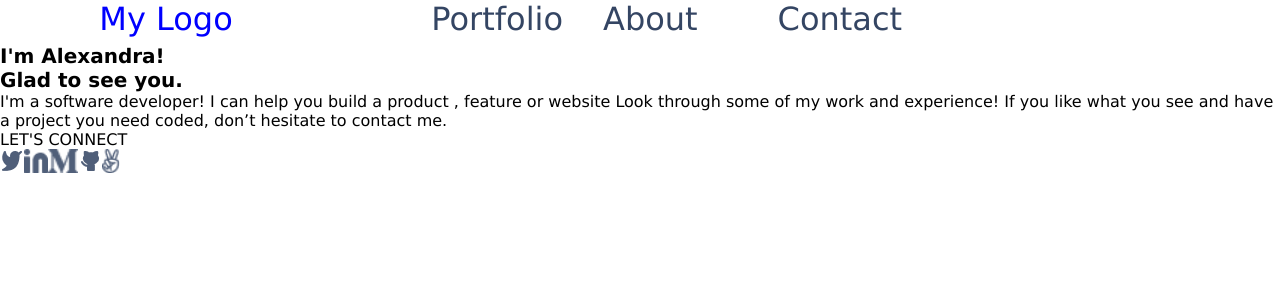
Repository: usman3123/portfolio-template-3
Page: portfolio.html
An editor plug-in stored every save of this project. The page is shown before and after the next save, followed by the edit.
The browser window is 1280 px wide. The pictures show the whole page.
Some web libraries are served in a nearby version.

Above is the page before, as saved 2025-01-22 09:16:28.

### portfolio.html
<!DOCTYPE html>
<html lang="en">
<head>
  <meta charset="UTF-8">
  <meta name="viewport" content="width=device-width, initial-scale=1.0">
  <title>project 2</title>
  <link rel="stylesheet" href="style.css">
  <link href='https://unpkg.com/boxicons@2.1.4/css/boxicons.min.css' rel='stylesheet'>
  <link rel="stylesheet" href="https://cdnjs.cloudflare.com/ajax/libs/font-awesome/6.6.0/css/all.min.css" integrity="sha512-Kc323vGBEqzTmouAECnVceyQqyqdsSiqLQISBL29aUW4U/M7pSPA/gEUZQqv1cwx4OnYxTxve5UMg5GT6L4JJg==" crossorigin="anonymous" referrerpolicy="no-referrer" />
  <link rel="stylesheet" href="https://cdnjs.cloudflare.com/ajax/libs/font-awesome/6.6.0/css/all.min.css" integrity="sha512-Kc323vGBEqzTmouAECnVceyQqyqdsSiqLQISBL29aUW4U/M7pSPA/gEUZQqv1cwx4OnYxTxve5UMg5GT6L4JJg==" crossorigin="anonymous" referrerpolicy="no-referrer" />

  <link rel="stylesheet" href="https://cdnjs.cloudflare.com/ajax/libs/font-awesome/6.7.2/css/all.min.css">
  <link rel="preconnect" href="https://fonts.googleapis.com">
<link rel="preconnect" href="https://fonts.gstatic.com" crossorigin>
<link href="https://fonts.googleapis.com/css2?family=Poppins:ital,wght@0,100;0,200;0,300;0,400;0,500;0,600;0,700;0,800;0,900;1,100;1,200;1,300;1,400;1,500;1,600;1,700;1,800;1,900&display=swap" rel="stylesheet">
</head>

<body>

  <!-- Navbar -->

  <nav class="navbar flex">
    <p class="mainlogoo">My Logo</p>
    <div class="nav-links flex">
      <a href="#myportfolio" style="text-decoration: none;" class="link">Portfolio</a>
      <a href="#myabout" style="text-decoration: none;" class="link">About<a>
      <a href="#mycontact" style="text-decoration: none;" class="link">Contact<a>
    </div>
    <img src="/assets/Enabled.png" id="menu-icon">
  </nav>

  <!-- Main Content -->

   <main>



  <section id="myportfolio" class="hero-section flex">
    <div class="hero-content flex">
       <h1 class="hero-head"> I'm Alexandra! <br>
           Glad to see you.
       </h1>
       <p>
          I'm a software developer! I can help you build a product , feature or website Look through  some of my work and experience! If you like what you see and have a project you need coded, don’t hesitate to contact me.
       </p>

     <p class="let-connect"> LET'S CONNECT</p>

      <div class="icons flex">
          <img src="/assets/twitter.png" class="twitter">
          <img src="assets/Linkedin.png" class="inimage">
          <img src="assets/M.png" class="mimage">
          <img src="assets/Github.png" class="tomimage">
          <img src="assets/V.png" class="protocol">
      </div>
    </div>
  </section>

  <!-- Cards Section -->

  <!-- <section class="cards flex">
  </section>

  <div class="page">
    </div>
     -->


   <!-- ABOUT MYSELF -->

  <!-- <section id="myabout" class="about flex">

    <div class="about-intro flex">
      <h1 style="font-size: 40px;">About Myself</h1>
      <p class="about-paragraph">Hello I'm a software developer! I can help you build a product , feature or website Look through some of my work and experience! If you like what you see and have a project you need coded, don't hesitate to contact me.</p>
        <p class="let-connect">Let's Connect</p>
        <div class="icons flex icon-gap">
          <img src="assets/twitter.png" class="twitter">
          <img src="assets/Linkedin.png" class="inimage">
          <img src="assets/M.png" class="mimage">
          <img src="assets/Github.png" class="tomimage">
          <img src="assets/V.png" class="protocol">
      </div>
      <button class="button rsm-btn"> Get my resume</button>
    </div>

    <div class="about-skills flex">
      <div class="about-all flex">
        <p>Languages</p>
        <i class='bx bx-chevron-down'></i>
      </div>
      <div class="about-lang flex">
        <div class="about-lang-img flex">
          <i class="fa-brands fa-js" style="color: #ff0000;"></i>
          <p>JavaScript</p>
        </div>
        <div class="about-lang-img flex">
          <i class="fa-brands fa-html5" style="color: #FFD43B;"></i>
          <p>Html</p>

        </div>
        <div class="about-lang-img flex">
          <i class="fa-brands fa-css3-alt" style="color: #74C0FC;"></i>
          <p>css</p>
        </div>
      </div>
      <div class="about-all flex">
        <p> Frameworks</p>
        <i class='bx bx-chevron-right'></i>
      </div>
      <div class="about-all flex">
        <p>Skills</p>
        <i class='bx bx-chevron-right'></i>
        </div>
        </div>
        <div class="contact-section flex">
            <h4 class="contact-paragraph">I'm always interested in hearing about new projects, so if you'd like to chat please get in touch.</h4>
            <form action="submit-form" class="contact-form flex">
                <div class="names flex">
                    <input type="text" placeholder="Full name" class="first-name">
                    <input type="text" placeholder="last name" class="last-name">
      </div>
        <div class="contact-section flex">
            <h4 class="contact-paragraph">I'm always interested in hearing about new projects, so if you'd like to chat please get in touch.</h4>
            <form action="submit-form" class="contact-form flex">
                <div class="names flex">
                    <input type="text" placeholder="Full name" class="first-name">
                    <input type="text" placeholder="last name" class="last-name">
    </div>
  </section> -->

  <!-- Contact section -->

  <!-- <section id="mycontact" class="contact-section">
    <h1 class="contact-heading">Contact Me</h1>
    <p class="contact-description">
        If you have an application you are interested in developing, a feature that you need built, or a project that needs coding, I'd love to help with it!
    </p>
    <form class="contact-form">
        <input class="form-input" type="text" placeholder="Your Name">
        <input class="form-input" type="email" placeholder="Your Email">
        <textarea class="form-message" placeholder="Write your message here..."></textarea>
        <button class="form-button">Get in Touch</button>
    </form>

</section>

</main> -->

<script src="index.js"></script>
</body>
</html>

### style.css
*{
    margin: 0;
    padding: 0;
    box-sizing: border-box;
}
body {
    font-family: Verdana, Geneva, Tahoma, sans-serif;
}
.flex {
    display: flex;
}
.navbar {
    justify-content: space-around;
}
.mainlogoo {
    font-size: 2rem;
    color: blue;
}
.nav-links {
    gap: 40px;
    font-size: 2rem;
}
.link {
    color: #344563;
}
#menu-icon {
    /* display: none; */
    color: black;
}
.hero-content {
    flex-direction: column;
}
.hero-head {
    font-size: 20px;
}

Loaded but not shown: index.js (no copy from this time; the picture is the same without it)

After the next save:
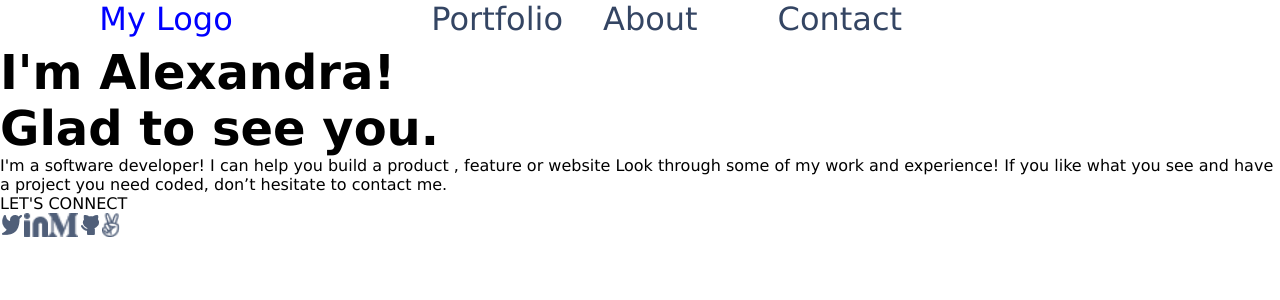
Saved 93 s later.
--- a/style.css
+++ b/style.css
@@ -31,5 +31,6 @@ body {
     flex-direction: column;
 }
 .hero-head {
-    font-size: 20px;
+    font-size: 48px;
+    font-weight: 700;
 }
